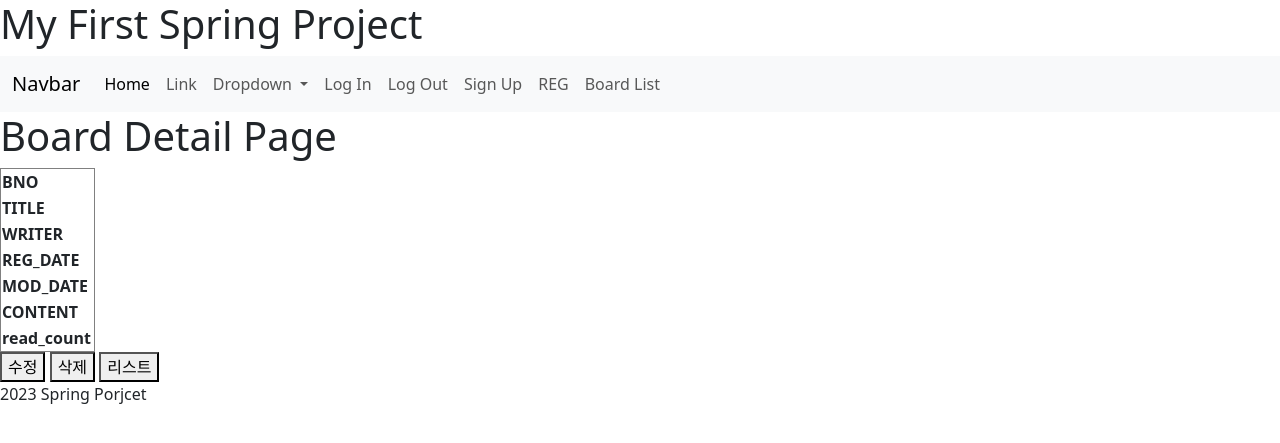
Repository: Leesunghoon1/ezenSpring
Page: http://localhost/spring-Test/WEB-INF/views/board/detail.jsp
An editor plug-in stored every save of this project. The page is shown before and after the next save, followed by the edit.
The browser window is 1280 px wide. The pictures show the whole page.
The page is served by Tomcat 9. Nobody is signed in. The template is opened directly, without the code that normally fills it, so the values that code supplies are empty.

Above is the page before, as saved 2023-10-05 10:42:54.

After the next save:
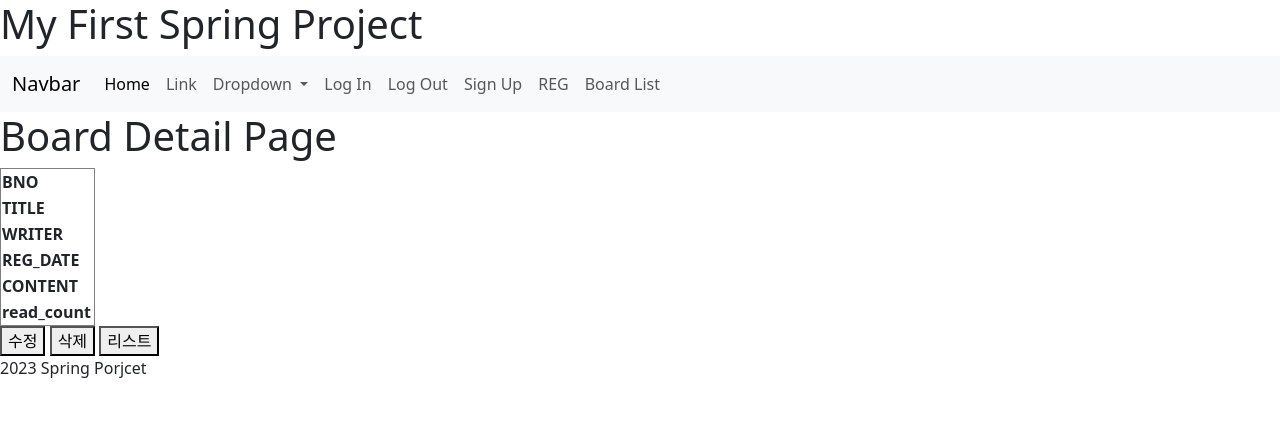
Saved 71 s later.
--- a/spring-Test/src/main/webapp/WEB-INF/views/board/detail.jsp
+++ b/spring-Test/src/main/webapp/WEB-INF/views/board/detail.jsp
@@ -30,10 +30,6 @@
 		<td>${bvo.registerDate }</td>
 	</tr>
 	<tr>
-		<th>MOD_DATE</th>
-		<td>${bvo.read_count }</td>
-	</tr>
-	<tr>
 		<th>CONTENT</th>
 		<td>${bvo.content }</td>
 	</tr>
